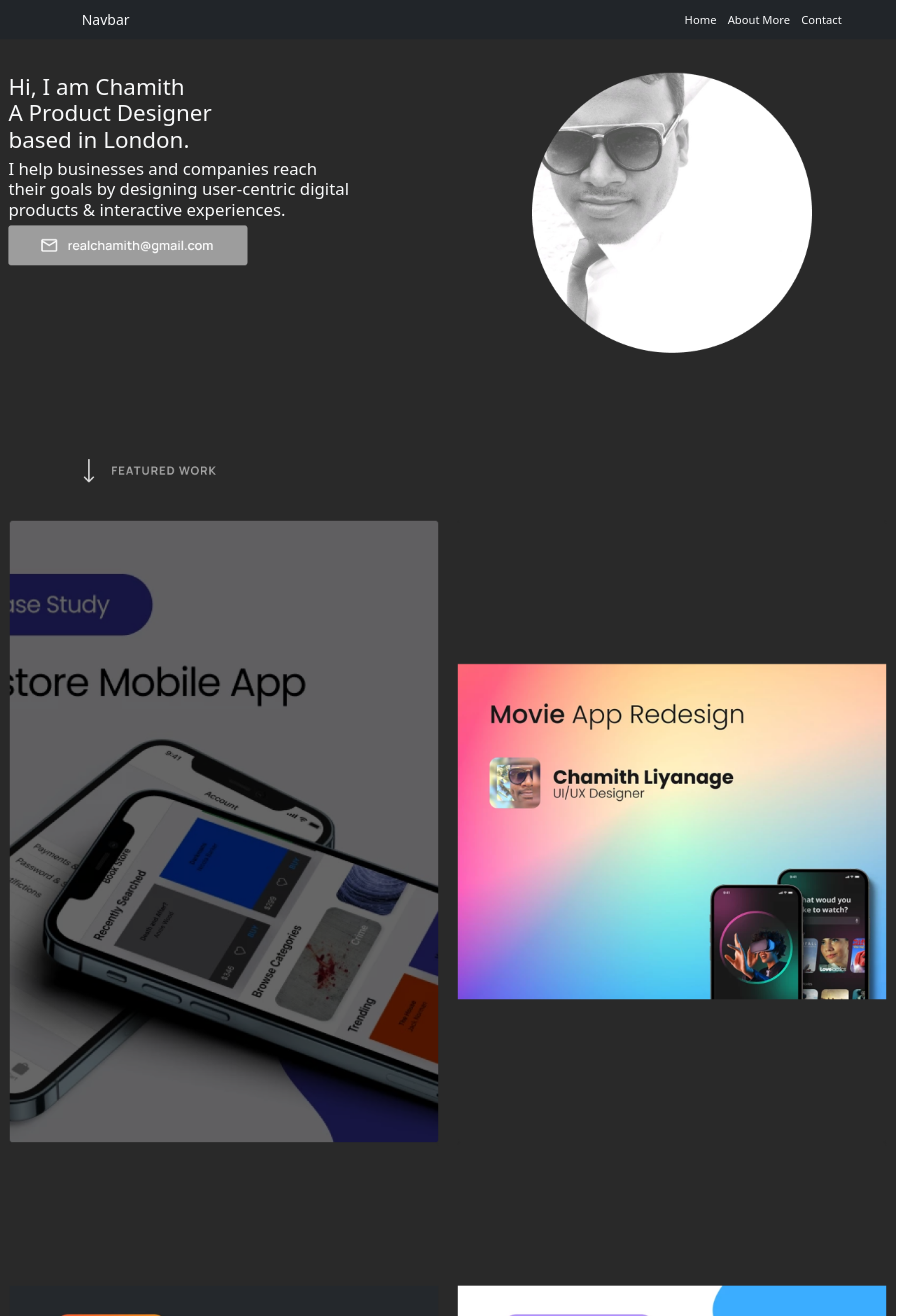
Repository: Realchamithweb/chamith-html
Page: index.html
The author's editor kept a copy of each file at every save. The page is drawn from the files as they stood at one save, then again after a run of saves.
The browser window is 1280 px wide. The page is 1292 px wide, so the pictures cover 1292 px, including what lies to the right of the window. The pictures show the part of the page from y = 0 to 1880 px (the page is 4129 px tall), at 70% of full size.

Above is the page before, as saved 2023-01-04 12:09:21.

### index.html
<!doctype html>
<html lang="en">
  <head>
    <!-- Required meta tags -->
    <meta charset="utf-8">
    <meta name="viewport" content="width=device-width, initial-scale=1">
    <link rel="stylesheet" href="/css/style.css">
    <!-- Bootstrap CSS -->
    <link href="https://cdn.jsdelivr.net/npm/bootstrap@5.0.2/dist/css/bootstrap.min.css" rel="stylesheet" integrity="sha384-EVSTQN3/azprG1Anm3QDgpJLIm9Nao0Yz1ztcQTwFspd3yD65VohhpuuCOmLASjC" crossorigin="anonymous">

    <title>Hello, world!</title>
  </head>
  <body>
    <div class="main">
            <div class="head">
                <nav class="navbar navbar-expand-lg navbar-light bg-dark">
                    <div class="container-fluid">
                        <div class="col-md-1"></div>
                    <a class="navbar-brand col-md-8 text-light" href="#">Navbar</a>
                    <button class="navbar-toggler" type="button" data-bs-toggle="collapse" data-bs-target="#navbarNavDropdown" aria-controls="navbarNavDropdown" aria-expanded="false" aria-label="Toggle navigation">
                        <span class="navbar-toggler-icon"></span>
                    </button>
                    <div class="collapse navbar-collapse" id="navbarNavDropdown">
                        <ul class="navbar-nav">
                        <li class="nav-item">
                            <a class="nav-link active text-light" aria-current="page" href="#">Home</a>
                        </li>
                        <li class="nav-item">
                            <a class="nav-link text-light" href="/about-more.html">About More</a>
                        </li>
                        <li class="nav-item">
                            <a class="nav-link text-light" href="/contact.html">Contact</a>
                        </li>
                        </ul>
                    </div>
                    </div>
                </nav>
            </div>

            <section>
            <div class="hero">
                <div class="container-fluid">
                    <div class="row">
                        <div class="col-lg-6 ">
                            <p class="hero-title text-light h2 mt-5">Hi, I am Chamith<br>
                                A Product Designer<br>
                                based in London.
                            </p>
                            <p class="hero-text text-light h4 mt-2">
                                I help businesses and companies reach <br>
                                their goals by designing user-centric digital <br>
                                products & interactive experiences.
                            </p>
                            <img src="/inc/Btn.png" class="img02">
                        </div>
                        <div class="col-lg-6 d-flex justify-content-center mb-5 mt-5">
                            <img src="/inc/unsplash_XHVpWcr5grQ.png"" class="img01">
                        </div>
                    </div>
                </div>
            </div>
            </section>
            <section>
            <div class="Featured-Work">
                <div class="container-fluid">
                    <div class="row mt-5">
                        <div class="col-lg-1  mb-5"></div>
                        <div class="col-lg-10  mb-5 mt-5">
                            <img src="/inc/Featured.png" class="img00">
                        </div>
                        <div class="col-lg-6 d-flex justify-content-center">
                            <img src="/inc/unsplash_mxPiMiz7KCo.png" class="img01">

                        </div>
                        <div class="col-lg-6 d-flex justify-content-center">
                            <img src="/inc/unsplash_g-pKprPg5yw.png" class="img02">
                        </div>
                    </div>
                </div>
                <div class="container-fluid">
                    <div class="row">
                        <div class="col-lg-6 d-flex justify-content-center">
                            <img src="/inc/unsplash_pqzRfBhd9r0.png" class="img01">
                        </div>
                        <div class="col-lg-6 d-flex justify-content-center">
                            <img src="/inc/unsplash_x-HpilsdKEk.png" class="img01">
                        </div>
                    </div>
                </div>
            </div>
            </section>
            <section>
                <div class="Visual-Explorations mb-5">
                    <div class="container-fluild">
                        <div class="row">
                            <div class="col-lg-12 d-flex justify-content-center text-light h1 mt-5 mb-5">Visual Explorations</div>
                            <div class="col-lg-4 d-flex justify-content-center">
                                <img src="/inc/unsplash_fd6K_OFlnRA.png" class="img01">
                            </div>
                            <div class="col-lg-4 d-flex justify-content-center">
                                <img src="/inc/unsplash_Glel-RswQqM.png" class="img01">
                            </div>
                            <div class="col-lg-4 d-flex justify-content-center">
                                <img src="/inc/unsplash_pPTw_RTkvXQ.png" class="img01">
                            </div>
                        </div>
                    </div>
                </div>
            </section>
            <section>
                <div class="Personal-Projects">
                    <div class="container-fluild">
                        <div class="row">
                            <div class="col-lg-12 d-flex justify-content-center text-light h1 mt-5">Personal Projects</div>
                            <div class="col-lg-4 d-flex justify-content-center">
                                <img src="/inc/Rectangle 4.png" class="img01">
                            </div>
                            <div class="col-lg-4 d-flex justify-content-center">
                                <img src="/inc/Rectangle 4-1.png" class="img01">
                            </div>
                            <div class="col-lg-4 d-flex justify-content-center">
                                <img src="/inc/Rectangle 4-2.png" class="img01">
                            </div>
                        </div>
                    </div>
                </div>
            </section>
            <section>
                <div class="contact-me">
                    <div class="container-fluild">
                        <div class="row">
                                <h2 class="text-light d-flex justify-content-center mb-5">Contact Me</h2>
                                <p class="text-light d-flex text-center justify-content-center h5 mb-5">If you are looking to hire a product designer,<br>
                                    I’m currently available for freelance work</p>
                                <div class="col-lg-12 d-flex justify-content-center mb-5">
                                    <img src="/inc/Btn.png" class="img02">
                                </div>
                        </div>
                    </div>
                </div>
            </section>
            <section>
                <div class="footer">
                    <div class="container-fluild">
                        <div class="row">
                            <hr class="text-light">
                            <div class="col-lg-4 text-center text-light mb-3">Made by Chamith — Copyright 2022</div>
                            <div class="col-lg-4 mb-3"></div>
                            <div class="col-lg-4 mb-3"><img src="/inc/Icons.png" class="img02"></div>
                        </div>
                    </div>
                </div>
            </section>

    </div>




    <!-- Optional JavaScript; choose one of the two! -->

    <!-- Option 1: Bootstrap Bundle with Popper -->
    <script src="https://cdn.jsdelivr.net/npm/bootstrap@5.0.2/dist/js/bootstrap.bundle.min.js" integrity="sha384-MrcW6ZMFYlzcLA8Nl+NtUVF0sA7MsXsP1UyJoMp4YLEuNSfAP+JcXn/tWtIaxVXM" crossorigin="anonymous"></script>

    <!-- Option 2: Separate Popper and Bootstrap JS -->
    <!--
    <script src="https://cdn.jsdelivr.net/npm/@popperjs/core@2.9.2/dist/umd/popper.min.js" integrity="sha384-IQsoLXl5PILFhosVNubq5LC7Qb9DXgDA9i+tQ8Zj3iwWAwPtgFTxbJ8NT4GN1R8p" crossorigin="anonymous"></script>
    <script src="https://cdn.jsdelivr.net/npm/bootstrap@5.0.2/dist/js/bootstrap.min.js" integrity="sha384-cVKIPhGWiC2Al4u+LWgxfKTRIcfu0JTxR+EQDz/bgldoEyl4H0zUF0QKbrJ0EcQF" crossorigin="anonymous"></script>
    -->
  </body>
</html>

### css/style.css
.main{
    background-color: #292929;
}

/*
.hero-title{
    position: absolute;
    width: 824px;
    height: 192px;
    left: 96px;
    top: 240px;

    font-family: 'Inter';
    font-style: normal;
    font-weight: 400;
    font-size: 54px;
    line-height: 64px;
    color: #000000;
}

.hero-text{
    position: absolute;
    width: 824px;
    height: 90px;
    left: 96px;
    top: 456px;

    font-family: 'Inter';
    font-style: normal;
    font-weight: 400;
    font-size: 20px;
    line-height: 30px;
    /* or 150% */
    /* color: #000000
}

.hero-btn{
    box-sizing: border-box;
    position: absolute;
    width: 341.57px;
    height: 57px;
    left: 96px;
    top: 634px;

    background: #FFFFFF;
    border: 1px solid #000000;
    border-radius: 4px;
}

.f-row{
    display: flex;
    flex-direction: row;
    justify-content: center;
    align-items: center;
    padding: 8px;
    gap: 32px;

    position: absolute;
    height: 48px;
    left: 96px;
    top: 836px;
}

.img00{
    display: flex;
    flex-direction: row;
    justify-content: center;
    align-items: center;
    padding: 8px;
    gap: 32px;

    position: absolute;
    width: 198px;
    height: 48px;
    left: 96px;
    top: 836px;

}

.img01{
    position: absolute;
    width: 612px;
    height: 888px;
    left: 96px;
    top: 964px;
    border-radius: 4px;
}

.img01:hover{
    background: linear-gradient(0deg, rgba(0, 0, 0, 0.6), rgba(0, 0, 0, 0.6)), url("/inc/Bookstore.png"), #292929;
}

.img02{
    position: absolute;
    width: 612px;
    height: 888px;
    left: 732px;
    top: 1102px;

    background: url(3ffea8135910975.Y3JvcCwxMDgwLDg0NCwwLDExNw.png), #292929;
    border-radius: 4px;
}  */

After the next 3 saves:
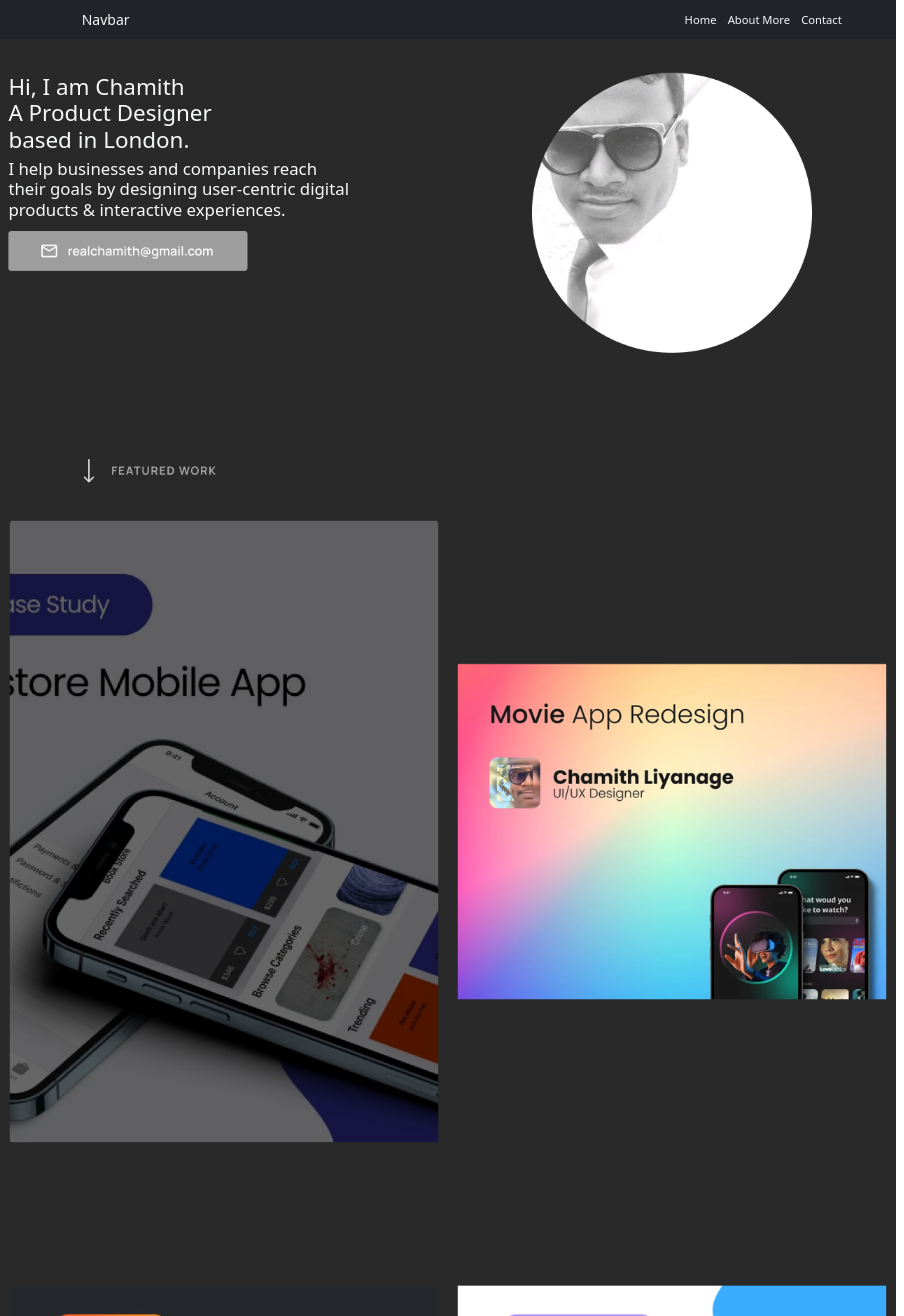
The 3 saves are shown as one change because they came seconds apart.
The last was saved 18 s later.
--- a/index.html
+++ b/index.html
@@ -51,6 +51,7 @@
                                 their goals by designing user-centric digital <br>
                                 products & interactive experiences.
                             </p>
+                            <div class="mt-3"></div>
                             <img src="/inc/Btn.png" class="img02">
                         </div>
                         <div class="col-lg-6 d-flex justify-content-center mb-5 mt-5">
